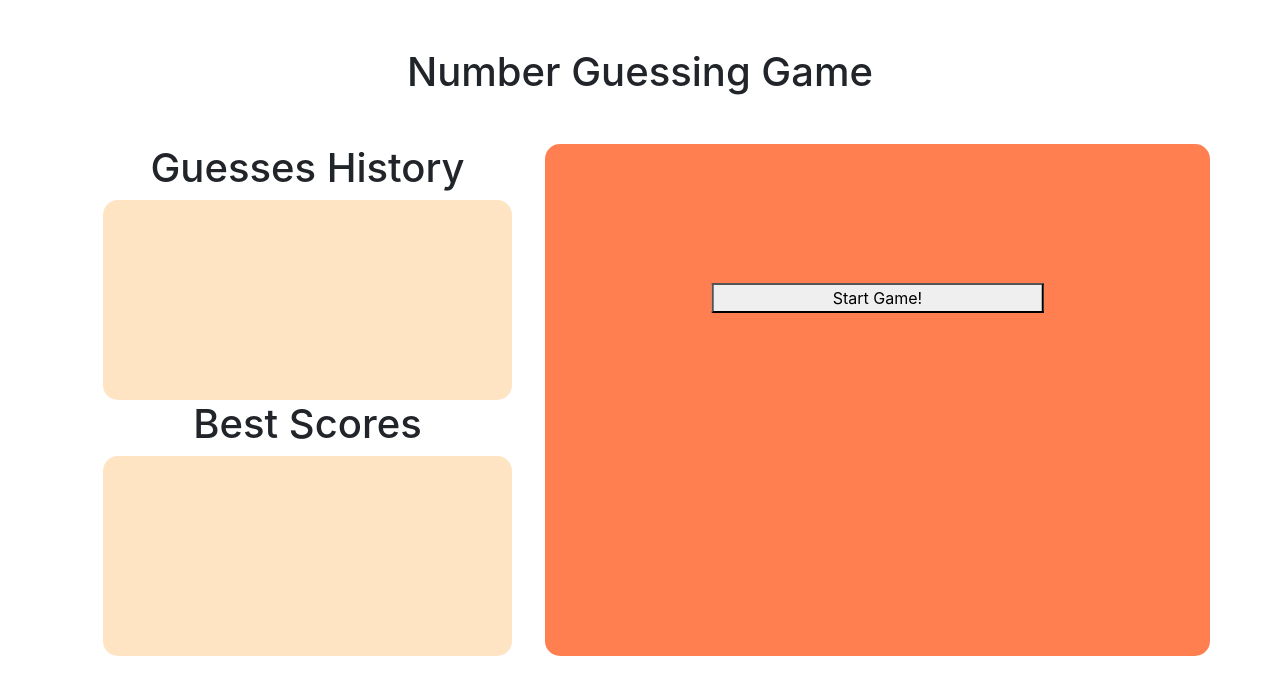
Repository: tts2610/NumberGuessingGame
Page: index.html
An editor plug-in stored every save of this project. The page is shown before and after the next save, followed by the edit.
The browser window is 1280 px wide. The pictures show the whole page.

Above is the page before, as saved 2020-05-13 13:03:54.

After the next save:
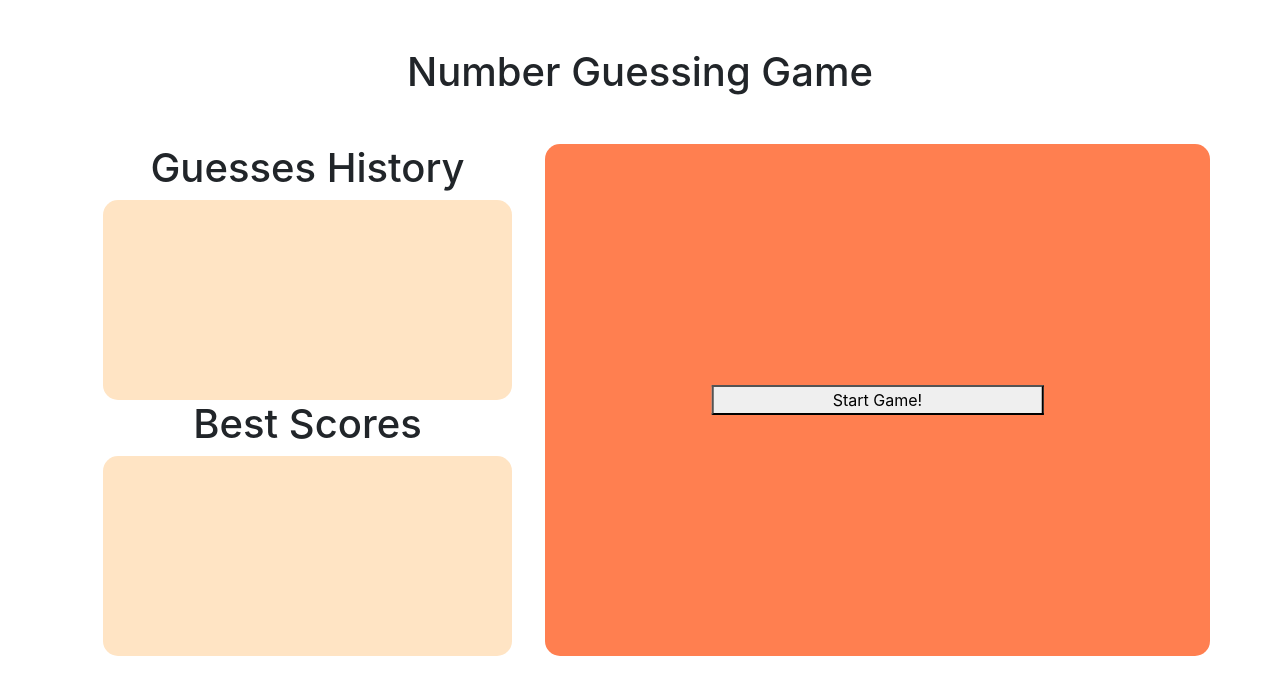
Saved 7 s later.
--- a/css/style.css
+++ b/css/style.css
@@ -46,7 +46,7 @@
 #startGameBtn {
     width: 50%;
     position: absolute;
-    top: 30%;
+    top: 50%;
     left: 50%;
     transform: translate(-50%, -50%);
 }
